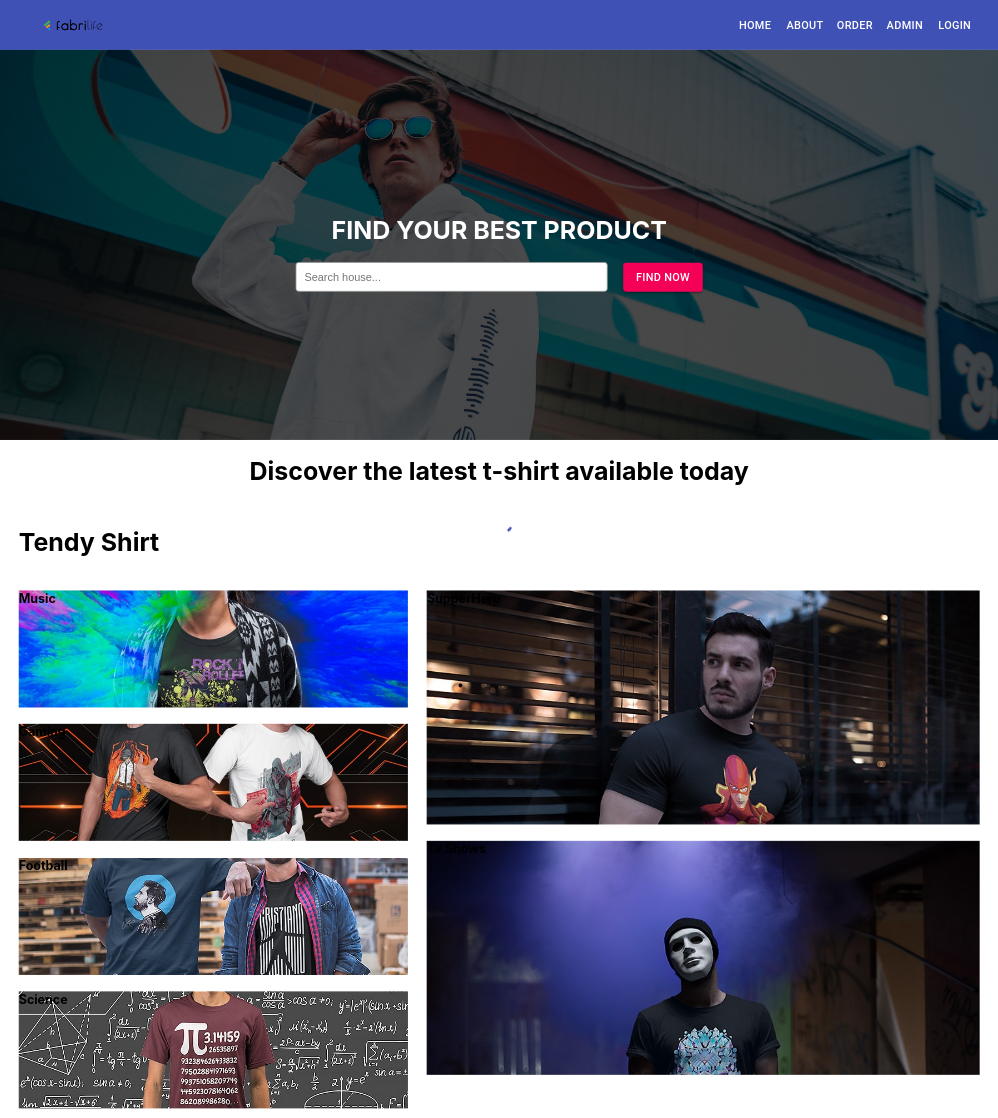
Repository: arif286/fabrilife-E-commerce-client-site
Page: /
The author's editor kept a copy of each file at every save. The page is drawn from the files as they stood at one save, then again after the next save.
The browser window is 1280 px wide. The pictures show the whole page, at 78% of full size.
The page's requests for data from a server got no answer. The project was rebuilt for these pictures with package versions that can differ from the ones it lists, and the page was loaded fresh each time. No one was signed in, and anything a server would have sent is missing. Also part of the build but not shown: src/components/Admin/Admin.css, src/components/Admin/AddEvent/AddEvent.css, src/components/Admin/AddEvent/AddEvent.js, src/components/Admin/ProductManage/ProductManage.js, src/components/Admin/Sidebar/Sidebar.css, src/components/Admin/Sidebar/Sidebar.js, src/components/Admin/Admin.js, src/components/CheckOut/CheckOut.css and 8 more.

Above is the page before, as saved 2021-04-01 01:29:44.

After the next save:
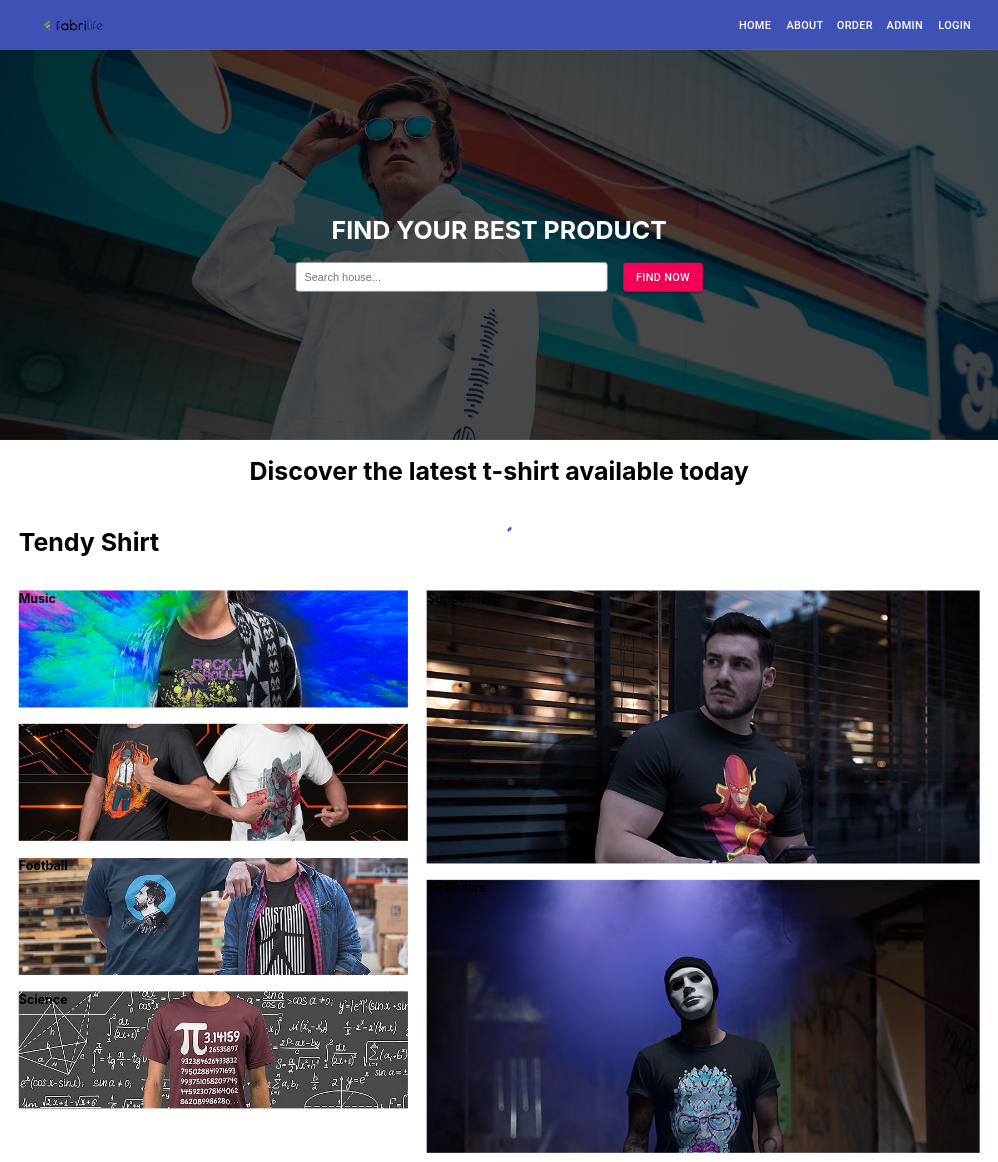
Saved 18 s later.
--- a/src/components/LatestProduct/LatestProduct.css
+++ b/src/components/LatestProduct/LatestProduct.css
@@ -19,11 +19,11 @@
   background-image: url("../../tshirt-shop/images/superhero-min.jpg");
   background-repeat: no-repeat;
   background-size: cover;
-  height: 300px;
+  height: 350px;
 }
 .shows {
   background-image: url("../../tshirt-shop/images/tv-min.jpg");
   background-repeat: no-repeat;
   background-size: cover;
-  height: 300px;
+  height: 350px;
 }
